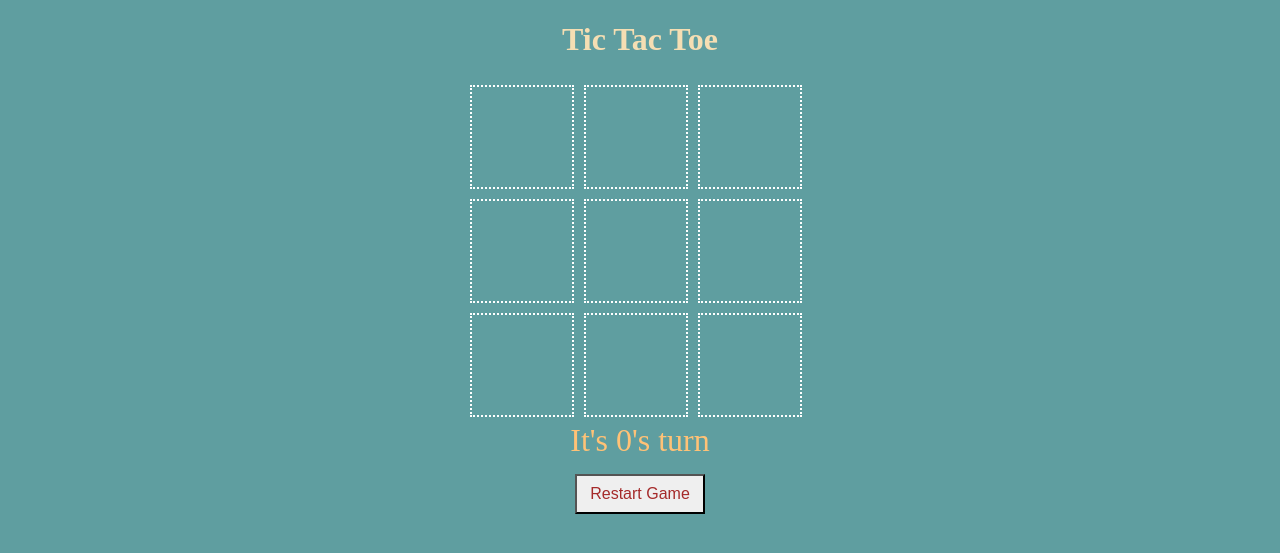
Repository: Hasmik-icml/Tic-Tac-Toe
Page: index.html
The author's editor kept a copy of each file at every save. The page is drawn from the files as they stood at one save, then again after a run of saves.
The browser window is 1280 px wide. The pictures show the whole page.
After loading, the first visible `div.container` was clicked once.

Above is the page before, as saved 2022-02-03 01:06:32.

After the next 2 saves:
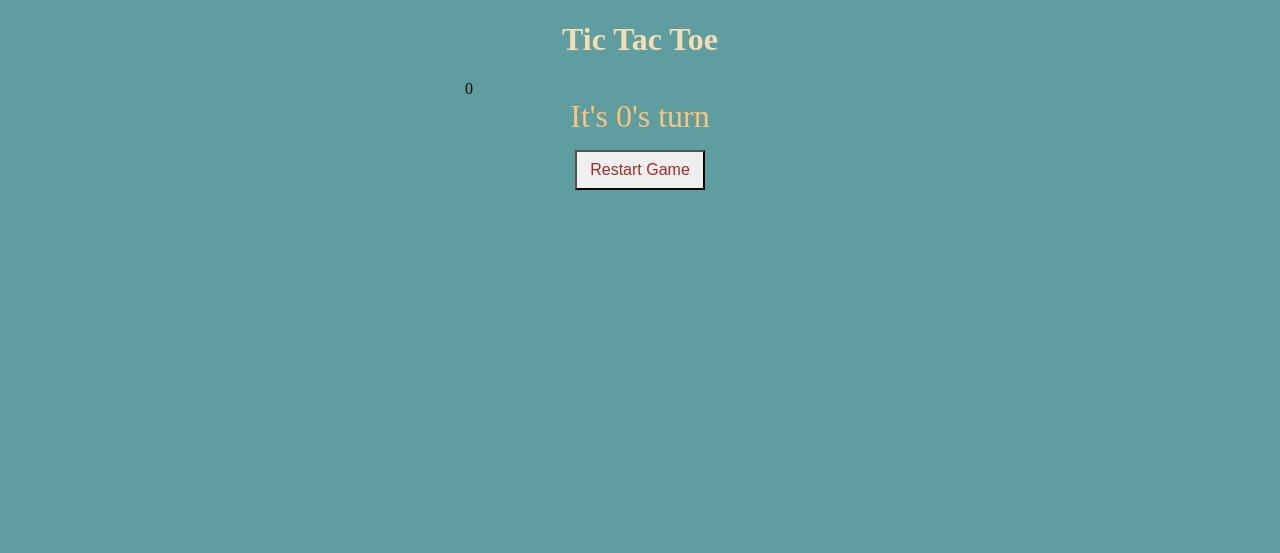
Console error: TypeError: Cannot read properties of undefined (reading 'innerHTML')
The 2 saves are shown as one change because they came seconds apart.
The last was saved 19 s later.
--- a/index.js
+++ b/index.js
@@ -8,6 +8,7 @@
 document.querySelector(".container").onclick = (event) => {
   let move = event.target;
   let itsTurn = document.querySelector(".display-player");
+  move.innerHTML = player;
 
   if (!winer) {
     itsTurn.innerHTML = `It's ${player}'s turn`;

After the 5 saves that followed:
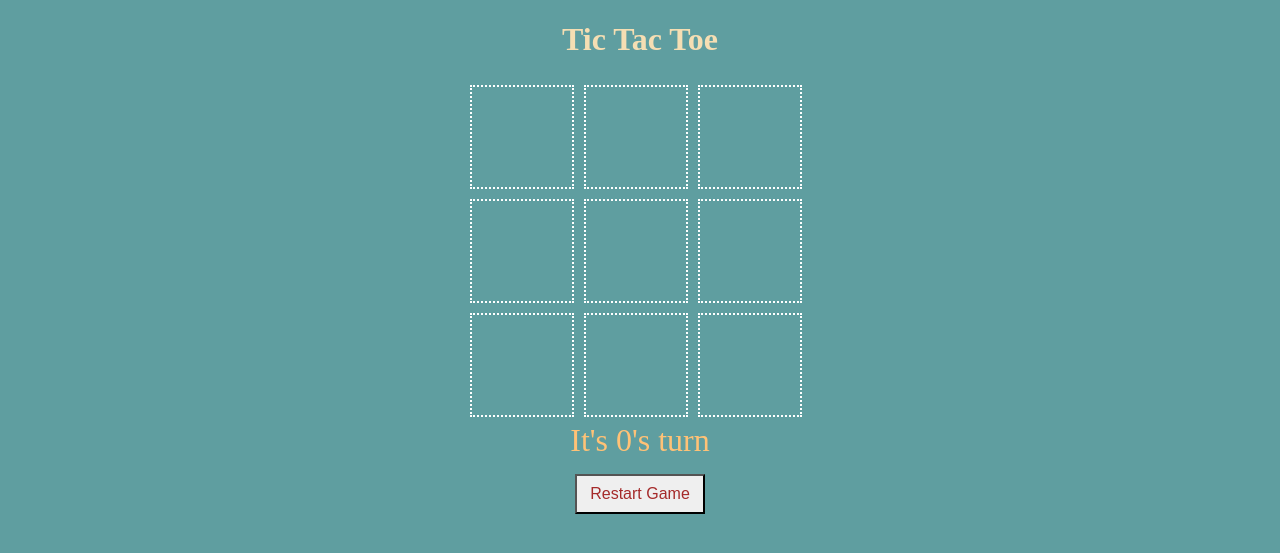
The error is gone.
The 5 saves are shown as one change because 1 left the picture as it was and some came seconds apart.
The last was saved 27 s later.
--- a/index.js
+++ b/index.js
@@ -8,13 +8,12 @@
 document.querySelector(".container").onclick = (event) => {
   let move = event.target;
   let itsTurn = document.querySelector(".display-player");
-  move.innerHTML = player;
 
   if (!winer) {
     itsTurn.innerHTML = `It's ${player}'s turn`;
 
+    player = (player === "0") ? "x" : "0";
     move.innerHTML = move.innerHTML === "" ? player : move.innerHTML;
-    player = (player === "0") ? "x" : "0";
     isWon();
   }
 }
